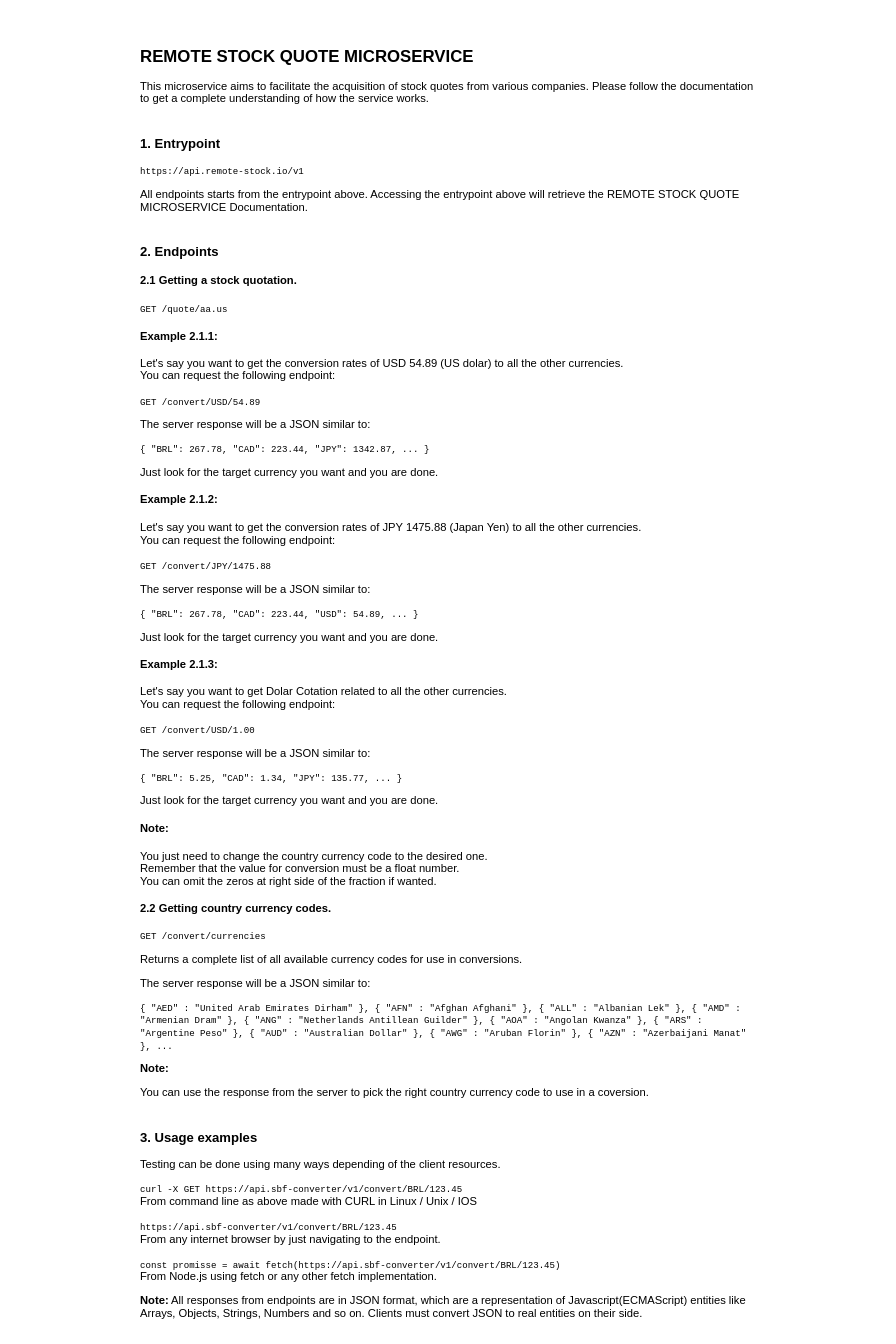
Repository: miguelamello/nest-js
Page: api-service/documentation.html
An editor plug-in stored every save of this project. The page is shown before and after the next save, followed by the edit.
The browser window is 1280 px wide. The pictures show the part of the page from y = 0 to 1920 px (the page is 2499 px tall before and 2632 px after), at 70% of full size.

Above is the page before, as saved 2023-03-28 17:49:51.

After the next save:
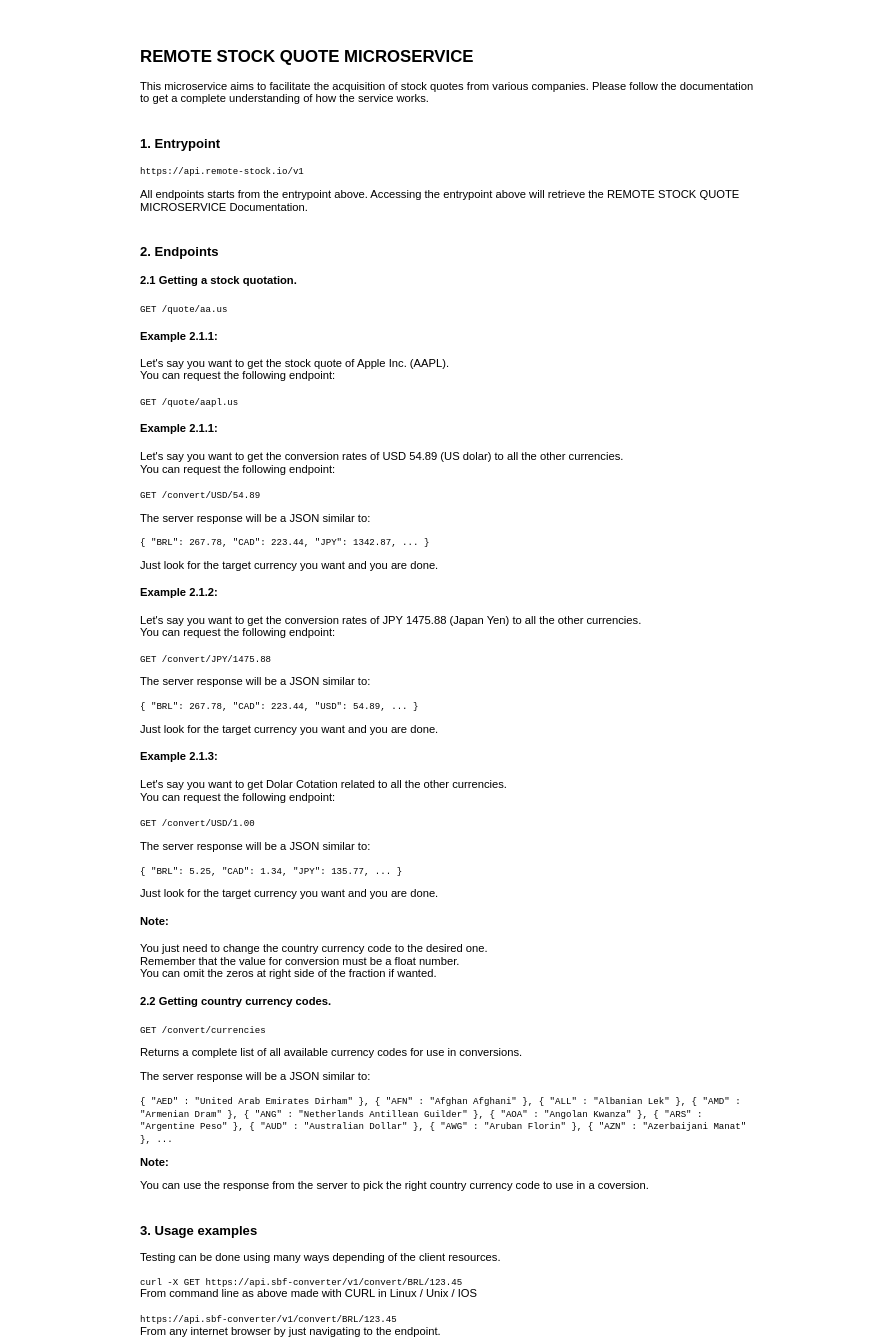
Saved 18 s later.
--- a/api-service/documentation.html
+++ b/api-service/documentation.html
@@ -36,7 +36,10 @@
     <code>GET /quote/aa.us</code>
 
     <p>
-
+      <h4>Example 2.1.1:</h4>
+      <div>Let's say you want to get the stock quote of Apple Inc. (AAPL).</div>
+      <div>You can request the following endpoint:</div><br>
+      <code>GET /quote/aapl.us</code>
     </p>
 
     <p>
